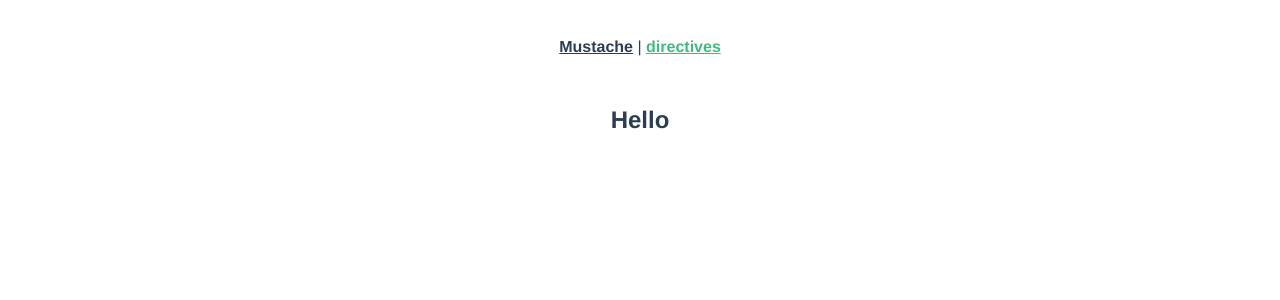
Repository: yeyanghui0616/my-vue2-learning
Page: /directives
These files come from the project's save history. The page is drawn as it stood at one moment and after a run of saves; the edit follows.
The browser window is 1280 px wide. The pictures show the whole page.
The project was rebuilt for these pictures with package versions that can differ from the ones it lists, and the page was loaded fresh each time. Also part of the build but not shown: src/views/Mustache.vue.

Above is the page before, as saved 2023-08-30 21:17:03.

After the next 4 saves:
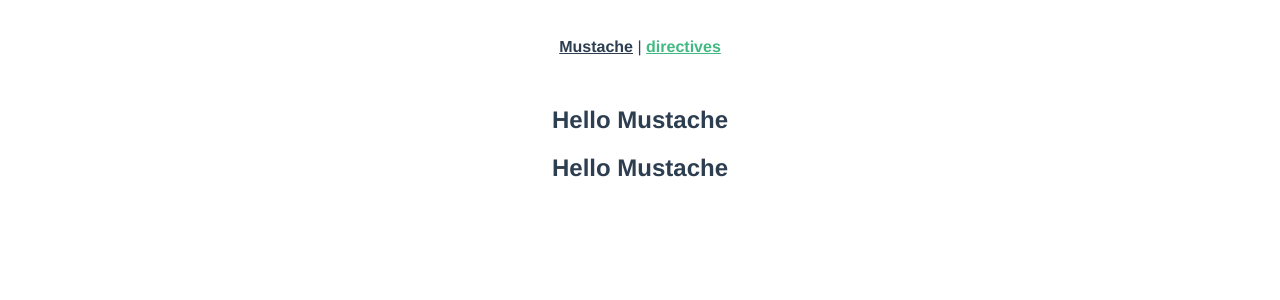
The 4 saves are shown as one change because they came seconds apart.
The last was saved 10 s later.
--- a/src/views/directives.vue
+++ b/src/views/directives.vue
@@ -1,21 +1,21 @@
 <template>
-  <div>
-    <h2> Hello {{ name }}</h2>
-  </div>
+	<div>
+		<h2>Hello {{ name }}</h2>
+		<h2>Hello {{ name }}</h2>
+	</div>
 </template>
 
 <script>
 export default {
-  data() {
-    return {
-    };
-  },
+	data() {
+		return {
+			name: "Mustache",
 
-  methods: {
-  },
+		};
+	},
+
+	methods: {},
 };
 </script>
 
-<style lang="scss">
-
-</style>
+<style lang="scss"></style>
